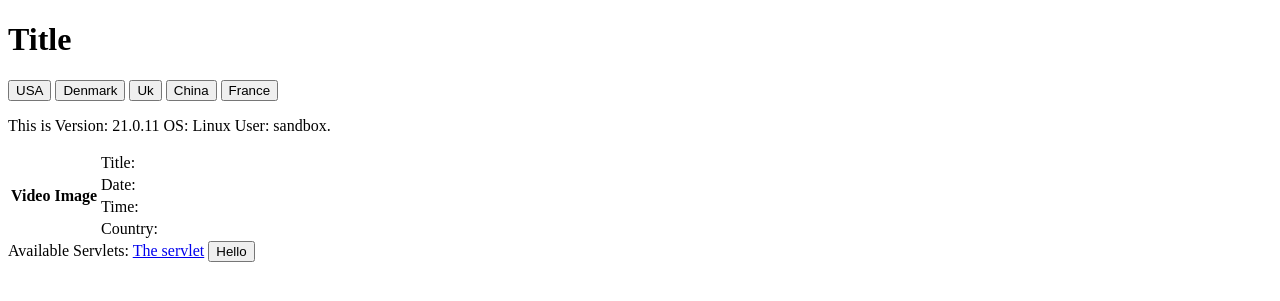
Repository: isauraAlmar/App-Engine-and-Internationalization-with-Java
Page: http://localhost/Marven/
An editor plug-in stored every save of this project. The page is shown before and after the next save, followed by the edit.
The browser window is 1280 px wide. The pictures show the whole page.
Some web fonts or font styles are not loaded; a fallback is used. The page is served by Tomcat 9.

Above is the page before, as saved 2017-05-04 10:57:14.

After the next save:
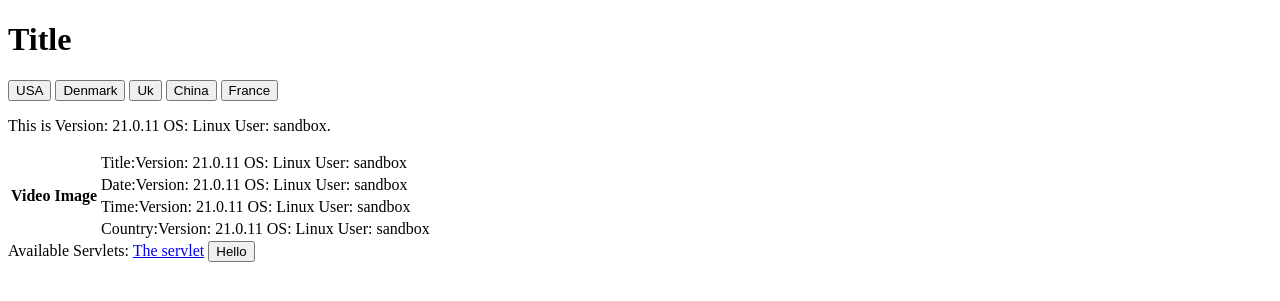
Saved 58 s later.
--- a/Marven/src/main/webapp/index.jsp
+++ b/Marven/src/main/webapp/index.jsp
@@ -34,19 +34,20 @@
 	<button >France</button>
 
  <p>This is <%= HelloInfo.getInfo() %>.</p>
+
  <table>
   <tr>
     <th rowspan="4">Video Image</th>
-    <td>Title:</td>
+    <td>Title:<%= HelloInfo.getInfo() %></td>
   </tr>
   <tr>
-    <td>Date:</td>
+    <td>Date:<%= HelloInfo.getInfo() %></td>
   </tr>
   <tr>
-    <td>Time:</td>
+    <td>Time:<%= HelloInfo.getInfo() %></td>
   </tr>
   <tr>
-    <td>Country:</td>
+    <td>Country:<%= HelloInfo.getInfo() %></td>
   </tr>
 
 </table>
@@ -57,7 +58,9 @@
     <tr>
       <td><a href='/hello'>The servlet</a></td>
     </tr>
+
   </table>
+
   <button >Hello</button>
 
 
